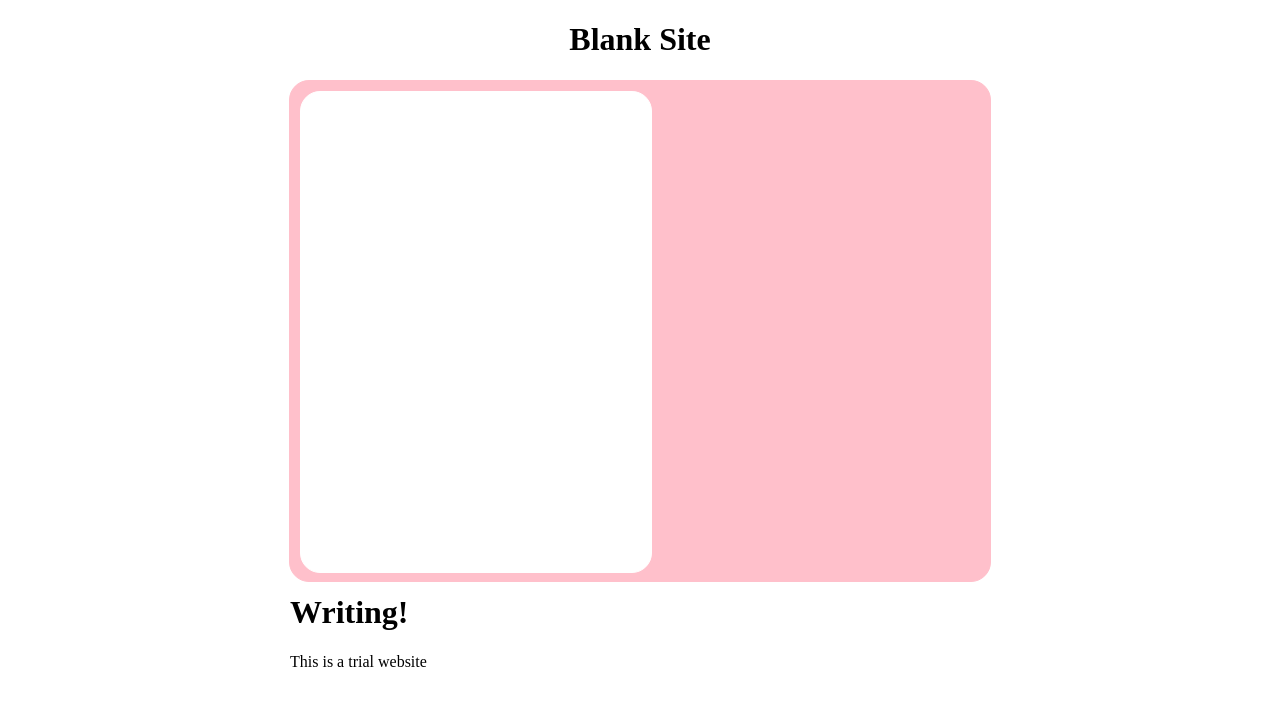
Repository: yhung004/Blank_Project
Page: index.html
An editor plug-in stored every save of this project. The page is shown before and after the next save, followed by the edit.
The browser window is 1280 px wide. The pictures show the whole page.

Above is the page before, as saved 2024-04-04 02:41:35.

### index.html
<!DOCTYPE html>
<html lang="en">
<head>
    <meta charset="UTF-8">
    <meta name="viewport" content="width=device-width, initial-scale=1.0">
    <title>Blank_Project</title>
    <link rel="stylesheet" href="index.css">
</head>
<body>
    <h1 class="header1">Blank Site</h1>
    <div class="main">
        <div class="container"></div>
        <div class="words">
            <h1 class="heading2">Writing!</h1>
            <p class="subwriting">This is a trial website</p>
        </div>

    </div>

</body>
</html>

### index.css
.header1 {
    text-align: center;
}
.main {
    background-color: pink;
    width: 700px;
    height: 500px;
    margin:auto;
    border: 1px solid pink;
    border-radius: 20px;
}
.container {
    margin:10px;
    background-color:white;
    width:350px;
    height: 480px;
    border :1px solid white;
    border-radius: 20px;
    display: flexbox;
}
.words {
    display:inline;
    top:0;
    right:-20px;
}

After the next save:
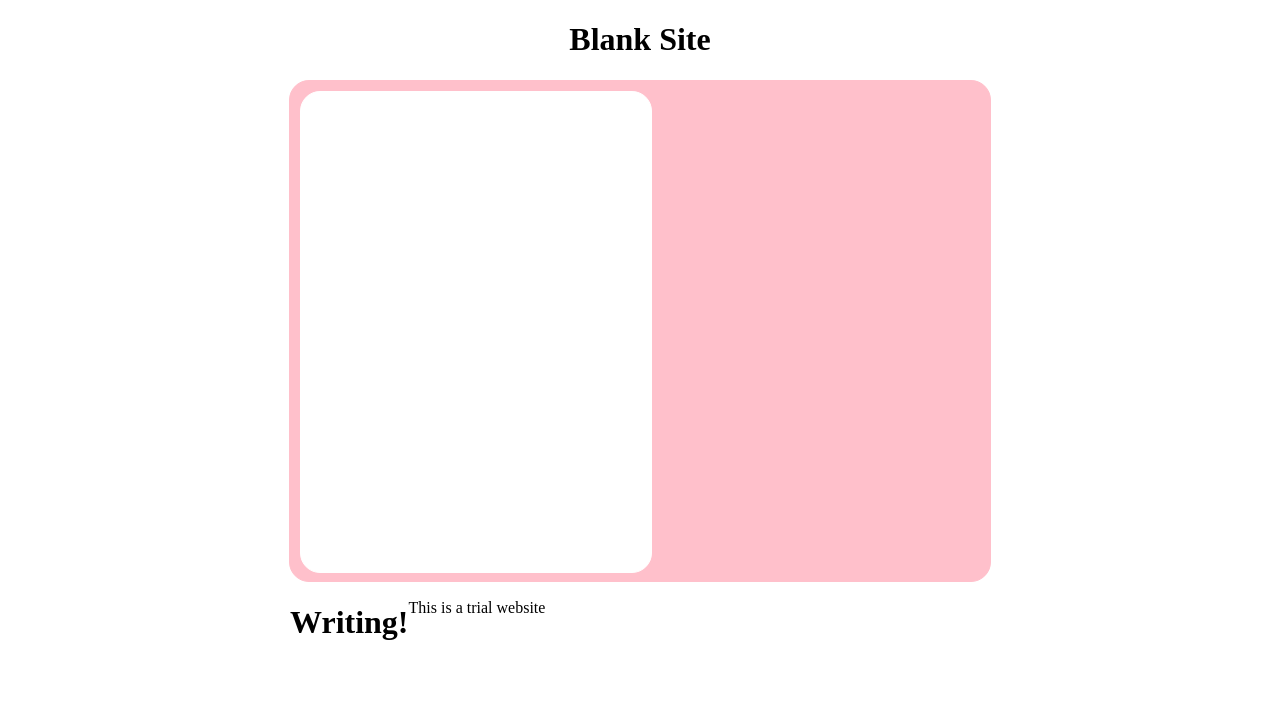
Saved 70 s later.
--- a/index.css
+++ b/index.css
@@ -19,7 +19,5 @@
     display: flexbox;
 }
 .words {
-    display:inline;
-    top:0;
-    right:-20px;
+    display:flex;
 }

After the save that followed:
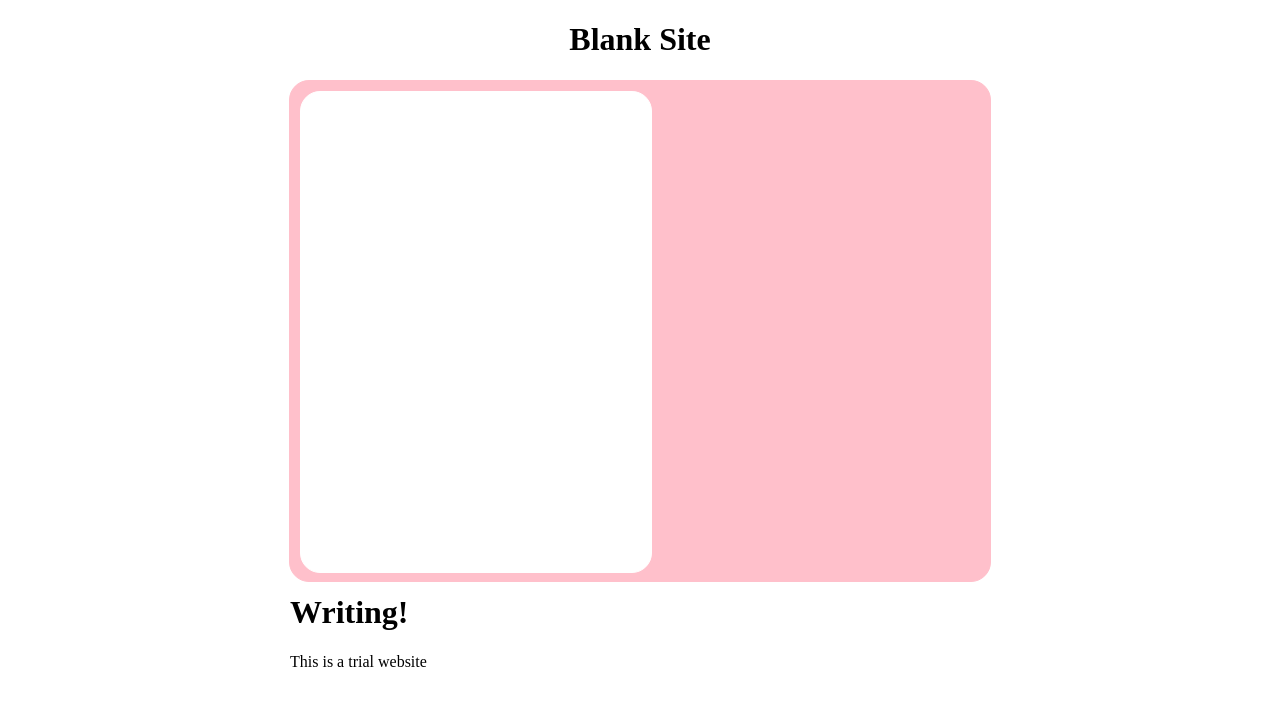
Saved 11 s later.
--- a/index.css
+++ b/index.css
@@ -19,5 +19,5 @@
     display: flexbox;
 }
 .words {
-    display:flex;
+    display:inline
 }
